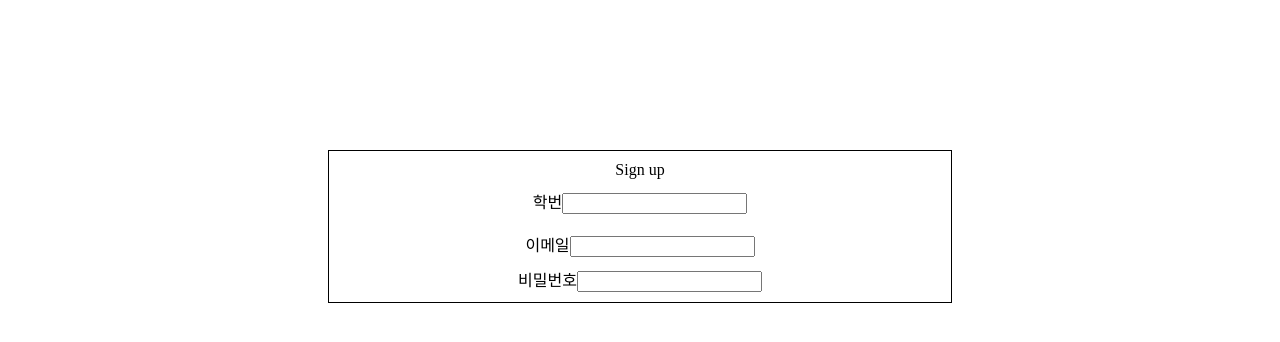
Repository: smandkd/Multicampus_Frontend
Page: http://localhost/Mulcam_Project/jsp/signup.jsp
An editor plug-in stored every save of this project. The page is shown before and after the next save, followed by the edit.
The browser window is 1280 px wide. The pictures show the whole page.
The page is served by Tomcat 9.

Above is the page before, as saved 2022-01-30 02:11:56.

After the next save:
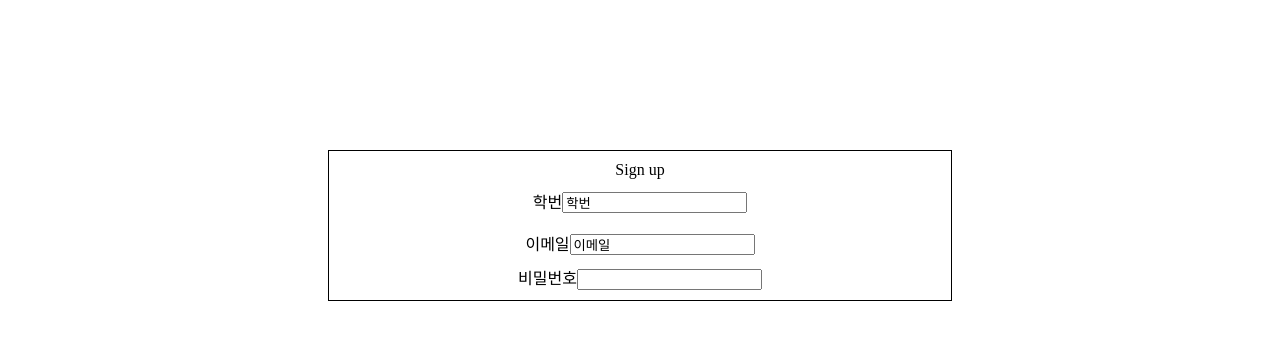
Saved 6 min 18 s later.
--- a/Mulcam_Project/jsp/signup.jsp
+++ b/Mulcam_Project/jsp/signup.jsp
@@ -27,14 +27,14 @@
 	Sign up
 	<div>
 		<div class="b">
-		학번<input type="text"/>
+		학번<input type="text" value="학번"/>
 		</div>
 		<br/>
 		<div class="c">
-		이메일<input type="text"/>
+		이메일<input type="text" value="이메일"/>
 		</div>
 		<div class="c">
-		비밀번호<input type="text"/>
+		비밀번호<input type="text" valeu="비밀번호"/>
 		</div>
 	</div>
 </div>
